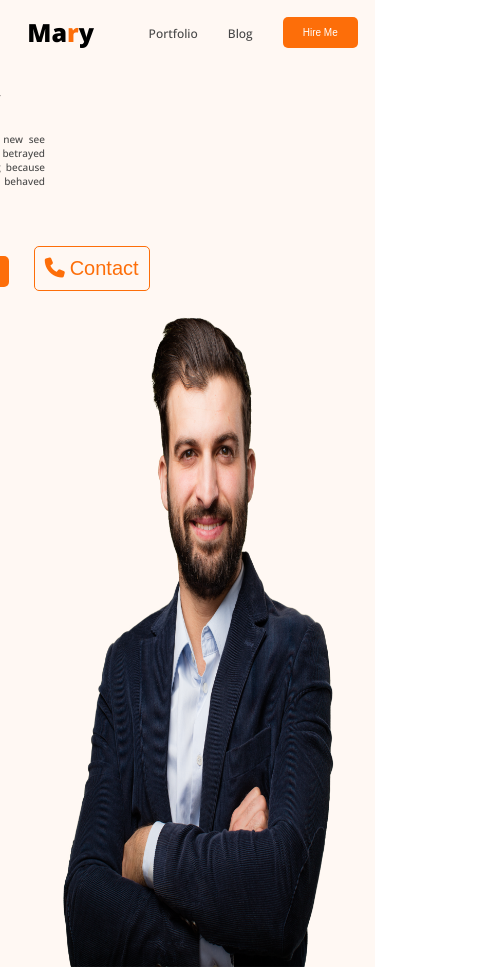
Repository: nahid-hasann/website-1
Page: index.html
An editor plug-in stored every save of this project. The page is shown before and after the next save, followed by the edit.
The browser window is 375 px wide. The page is 480 px wide, so the pictures cover 480 px, including what lies to the right of the window. The pictures show the whole page.

Above is the page before, as saved 2025-07-16 12:33:15.

### index.html
<!DOCTYPE html>
<html lang="en">
<head>
    <meta charset="UTF-8">
    <meta name="viewport" content="width=device-width, initial-scale=1.0">
    <title>Document</title>
    <link rel="preconnect" href="https://fonts.googleapis.com">
<link rel="preconnect" href="https://fonts.gstatic.com" crossorigin>
<link href="https://fonts.googleapis.com/css2?family=Open+Sans:ital,wght@0,300..800;1,300..800&display=swap" rel="stylesheet">
<link rel="stylesheet" href="style.css">
<link rel="stylesheet" href="https://cdnjs.cloudflare.com/ajax/libs/font-awesome/6.7.2/css/all.min.css" integrity="sha512-Evv84Mr4kqVGRNSgIGL/F/aIDqQb7xQ2vcrdIwxfjThSH8CSR7PBEakCr51Ck+w+/U6swU2Im1vVX0SVk9ABhg==" crossorigin="anonymous" referrerpolicy="no-referrer" />
<link rel="shortcut icon" href="images/icons/icons8-portfolio-50.png" type="image/x-icon">
</head>
<body class="open-sans-nahid">

<header class="main-header">
    <nav class="header">
          <div>
            <h3 class="nav-title">Ma<span style="color: #fd6e09;">r</span>y</h3>
          </div>
          <div class="menu">
            <ul>
            <li><a href="" class="dark-2" >Portfolio</a></li>
            <li><a  class="dark-2" href="">Blog</a></li>
            <li><button class="hire-me">Hire Me</button></li>
          </ul>
          </div>
    </nav>

    <div class="banner">

      <div class="banner-container">
        <h4 class="dark-2 hi-i-am">Hi, I  am</h4>
        <h1  class="mary-hardy" >Mary Hardy</h1>
        <br>
        <p class="banner-description dark-2">
          Shot what able cold new see hold.Friendly as an betrayed formerly he. Morning because as to society behaved moments.
        </p>
        <br>
        <br>
        <button class="hire-me" style="margin-right: 20px;"><i class="fa-solid fa-download" style="margin-right: 5px;"></i>Download Cv</button>
        <button class="btn-2"><i class="fa-solid fa-phone" style="margin-right: 5px;"></i>Contact</button>
      </div>
      <img class="banner-img" src="images/hardy.png" alt="">

    </div>

</header>

<main >

  <section class="section hide">
      <h3 class="section-title">About Me</h3>
      <p style="font-size: 18px; color: grey; margin-top: 30px;">I, m a designer & developer with a passion for web design. I enjoy developing simple, clean and slick websites that provide real value to the end user. Thousands of clients have procured exceptional resulfs while working with me. Delivering work within time and budget which meets clients requirements in our mata.</p>

      <div class="about-items">

    <div class="about-item">
      <p class="item-title ektubeshi">Name:</p>
      <p class="item-description">Mary Hardy</p>
    </div>
    <div class="about-item">
      <p class="item-title">Email:</p>
      <p class="item-description">info@gmail.com</p>
    </div>
    <div class="about-item">
      <p class="item-title">Date of birth:</p>
      <p class="item-description">11 November 1987</p>
    </div>
    <div class="about-item">
      <p class="item-title">From:</p>
      <p class="item-description">Los Angeles, USA</p>
    </div>

  </div>

  </section>

  <section class="skiill hide">
            <h3 class="section-title">What I do</h3>
            <p class="section-des">I have more than 10 years experience building software for clients all over the world. Below is a quick overview of my main technical skill sets and technologies i use. Want to find out more about my experience? Check out my online resume and project portfolio.</p>

         <div class="skills-container">

          <div class="skkis-veriation">
            <img src="images/icons/js.png" alt="" class="skiils-img">
            <p class="skills-heading">Vanilla JavaScript</p>
            <p class="skiils-description"> List skill/technologies here. You can change the icon above to any of the 1500+ FontAwesome 5 free icons available. Aenean commodo ligula eget dolor.</p>
          </div>
          <div class="skkis-veriation">
            <img src="images/icons/react.png" alt="" class="skiils-img">
            <p class="skills-heading">React</p>
            <p class="skiils-description">List skill/technologies here. You can change the icon above to any of the 1500+ FontAwesome 5 free icons available. Aenean commodo ligula eget dolor.</p>
          </div>
          <div class="skkis-veriation">
            <img src="images/icons/nodejs.png" alt="" class="skiils-img">
            <p class="skills-heading">Node.js</p>
            <p class="skiils-description">List skill/technologies here. You can change the icon above to any of the 1500+ FontAwesome 5 free icons available. Aenean commodo ligula eget dolor.</p>
          </div>
          <div class="skkis-veriation">
            <img src="images/icons/mongo.png" alt="" class="skiils-img">
            <p class="skills-heading">MongoDB</p>
            <p class="skiils-description">List skill/technologies here. You can change the icon above to any of the 1500+ FontAwesome 5 free icons available. Aenean commodo ligula eget dolor.</p>
          </div>

         </div>

  </section>

  <section class="hide">

<div class="container-m">
    <h2>A Summary of My Resume</h2>
    <div class="grid">
      <div class="section-m">
        <h3>My Education</h3>
        <div class="item-m">
          <h4>Master in Computer Engineering</h4>
          <span>Harvard University / 2015 - 2017</span>
          <p>Specialized in advanced algorithms and software engineering principle.</p>
        </div>
        <hr>
        <br>
        <div class="item-m">
          <h4>Bachelor in Computer Science</h4>
          <span>MIT / 2011 - 2015</span>
          <p>Focused on data structures, programming, and system design.</p>
        </div>
        <hr>
        <br>
        <div class="item-m">
          <h4>Bachelor in Computer Science</h4>
          <span>MIT / 2011 - 2015</span>
          <p>Focused on data structures, programming, and system design.</p>
        </div>

      </div>
      <div class="section-m">
        <h3>My Experience</h3>
        <div class="item-m">
          <h4>Sr. Front End Developer</h4>
          <span>Apple Inc / 2020 - Current</span>
          <p>Developing scalable web apps using React and modern JavaScript.</p>
        </div>
    <hr>
        <br>
        <div class="item-m">
          <h4>Jr. Front End Developer</h4>
          <span>Dribbble Inc / 2018 - 2022</span>
          <p>Worked on UI components and improved user experience for design.</p>
        </div>
        <hr>
    <br>
        <div class="item-m">
          <h4>HTML Developer</h4>
          <span>Adobe Inc / 2017 - 2018</span>
          <p>Built static and dynamic pages ensuring responsive design.</p>
        </div>
      </div>
    </div>
  </div>

  <button class="hire-me" style="margin: 20px auto; display: block;"><i class="fa-solid fa-download" style="margin-right: 5px;"></i>Download Cv</button>

  </section>

</main>

<!-- .about-items*4>p.item-title+p.item-description  -->


<footer class="hide">

     <div class="main-footer">

     <div class="footer-column">
        <h3 class="section-title">Lets Connect</h3>
        <p style="font-size: 18px; color: grey; margin: 20px 0px;">Please fill out the form on this section to contact with me or call between 9:00 A.M and 8.00 P.M ET, Monday through Friday.</p>
        <img src="images/icons/facebook.png" alt="">
        <img style="margin: 0px 20px;" src="images/icons/twitter.png" alt="">
        <img src="images/icons/insta.png" alt="">
     </div>

     <div class="footer-column">

        <h3 class="section-title" style=" margin-bottom: 30px;">Lets Connect</h3>
        <form class="form" action="">
            <input type="text" name="" placeholder="Your Name" id=""> <br>
            <input type="email" name="" placeholder="Yoour Email" id=""> <br>
            <textarea name="" placeholder="Message" id=""></textarea> <br>
            <button class="hire-me" >Submit</button>
        </form>

     </div>

</div>

</footer>


</body>
</html>

### style.css
* {
  margin: 0;
  padding: 0;
  box-sizing: border-box;
}


.open-sans-nahid {
  font-family: "Open Sans", sans-serif;
  font-optical-sizing: auto;
  font-style: normal;
  font-variation-settings: "wdth" 100;
  font-weight: 500;
}

.main-header{
    background-image: url('images/developer.png'), url('images/header_bg.png') ;
    background-repeat: no-repeat;
    background-position: 60px  28px, bottom right ;
    background-color: #fff8f3;
}



.header{
    display: flex;
    justify-content: space-around;
    gap: 250px;
    align-items: center;
    /* background-color: red; */
    padding: 15px 0px;
}

.nav-title{
    font-weight: 800;
    font-size: 45px;
}

.menu ul{
    display: flex;
    gap: 30px;
    align-items: center;
}

.menu ul li{
    list-style: none;

}

.menu ul li a{
    text-decoration: none;
    font-size: 20px;
}

.hire-me{
    background-color: #fd6e09;
    padding: 10px;
    border-radius: 5px;
    color: white;
    border: none;
    font-size: 20px;
}

.btn-2{
    padding: 10px;
    border-radius: 5px;
    color: #fd6e09;
    border: 1px solid  #fd6e09;
    font-size: 20px;
    background-color: #fff8f3;
}

.dark-2{
    color: #474747;
}

.banner-container{
    width: 585px;
}

.hi-i-am{
    font-size: 45px; font-weight: 400;
}

.mary-hardy{
    font-size: 85px;
}

.banner-description{
    font-size: 18px;
}

.banner-img{
    width: 584px;
    height: 676px;
}

.banner{
    display: flex;
    align-items: center;
    justify-content: space-around;
    margin: 50px 0px 0px 170px;

}

.section{
    background-color: #fff8f3;
    padding: 150px;
    text-align: center;
    border-radius: 10px;
    margin: 130px 0px;
}

.section-title{
    font-size: 35px;
    font-weight: bold;
    color: #181818;
}

main{
    max-width: 1140px;
     margin: 0px auto;
}

.about-items{
    display: flex;
    justify-content: space-between;
}

.item-title{
    font-size: 18px;
    font-weight: 300;
    color: grey;
    margin-top: 30px;
}

.item-description{
    font-size: 18px ;
    font-weight: 700;
}

.skiill{
    text-align: center;
    margin-bottom: 130px;
}

.skills-container{
    display: flex;
    margin-top: 30px;
    gap: 30px;
    text-align: justify;
}

.skkis-veriation{
    background-color: #FFFFFF;
    box-shadow: 0px 6px 50px 0px rgba(0, 0, 0, 0.06);
padding: 30px;
border-radius: 5px;
margin-top: 20px;
}

.section-des{
    font-size: 18px;
    color: grey;
    margin-top: 30px;
     width: 909px;
     margin: 0px auto;
      margin-top: 30px;
}

.skills-heading{
    margin: 15px 0px;
    font-size: 20px ;
    font-weight: 700px;
}

.skiils-description{
     font-size: 16px;
     color: grey;
}

.resume{
    margin-bottom: 130px;
}

.resume-container{
    display: flex;
    gap: 40px;
    margin-top: 50px;
}

.resume h3{
    margin-bottom: 100px;
}

.resume-column h3{
    font-size: 30px ;
    font-weight: 700;
    margin-bottom: 20px;
}

.resume-column-title{
    font-size: 30px;
    font-weight: 700;
}

.experience{
    padding-right: 50px;
}

.experience-title{
        font-size: 25px;
    font-weight: 700;
    margin-bottom: 5px;
}

.experience-subtitle{
    font-size: 20px;
    font-weight: 600;

    color: rgba(117, 117, 117, 1);
}

.experince-description{
    margin-top: 20px;
    margin-bottom: 20px;
    font-size: 16px;
    color: rgba(117, 117, 117, 1);
}


.main-footer{
    margin-top: 130px;
    background-color: rgba(255, 248, 243, 1);
    padding: 50px 100px;
    display: flex;
    justify-content: space-around;
    align-items: center;
}

.footer-column{
    max-width: 40%;
}

.form input{
      display: block;
      padding: 12px 20px;
      width: 441px;
      font-size: 16px;
      border: none;
      border-radius: 5px;
}

.form textarea{
     width: 441px;
     font-size: 16px;
     border: none;
      border-radius: 5px;
      display: block;
      padding: 15px 20px;
      height: 180px;
}


.container-m{
  margin: auto;
  background: #fff;
  padding: 40px;
}

h2 {
  text-align: center;
  margin-bottom: 40px;
  font-size: 28px;
  margin-bottom: 50px;
}

.grid {
  display: grid;
  grid-template-columns: 1fr 1fr;
  gap: 30px;
}

.section-m h3 {
  margin-bottom: 20px;
  color: #ff6600;
  font-size: 20px;
}

.item-m {
  margin-bottom: 25px;
}

.item-m h4 {
  margin: 0 0 5px;
  font-size: 18px;
  color: #222;
}

.item-m span {
  display: block;
  color: #777;
  font-size: 14px;
  margin-bottom: 8px;
}

.item-m p {
  margin: 0;
  font-size: 14px;
  color: #555;
}

.hide{
    display: none;
}

@media screen and (max-width: 575px) {
    .section-title{
        font-size: 30px;
    }

    .section-des{
        font-size: 14px;
        max-width: 400px;
        min-width: 100px;
        padding: 0 10px;
    }

    .skills-container{
        flex-direction: column;
    }

    .skkis-veriation{
        margin: 0 20px;
        display: flex;
        flex-direction: column;
        align-items: center;
        justify-content: center;
        text-align: center;
    }

    .grid{
        grid-template-columns: 1fr;
    }

    .section-m h3{
        text-align: center;
    }

    .item-m{
        display: flex;
        flex-direction: column;
        align-items: center;
        justify-content: center;
    }

    .main-footer{
        flex-direction: column;
        padding: 20px 10px;
        margin-top: 70px;
    }

    .footer-column{
        max-width: 100%;
        text-align: center;
    }

    .form input{
max-width: 100%;
    }

    .form textarea{
        max-width: 100%;
    }

    .hire-me{
        font-size: 10px;
        padding: 10px 20px;
    }

    .section{
        padding: 50px 10px;
        margin: 70px 0;
    }

    .about-items{
        flex-direction: column;
    }

    .item-title{
        margin-top: 20px;
    }

    .ektubeshi{
        margin-top: 50px;
    }

.banner{
    margin: 0;
    flex-direction: column;
}

.banner-img{
    max-width: 300px;
    max

}

.main-header{
    background-image: none ;
}

.nav-title{
    font-size: 25px;
    margin-left: 10px;
}

.menu ul li a{
    font-size: 12px;
}

.header{
    gap: 20px;
}

.hi-i-am{
    font-size: 16px;
}

.mary-hardy{
    font-size: 18px;

}

.banner-description{
    font-size: 10px;
    width: 150px;
    text-align: justify;

}

}

After the next save:
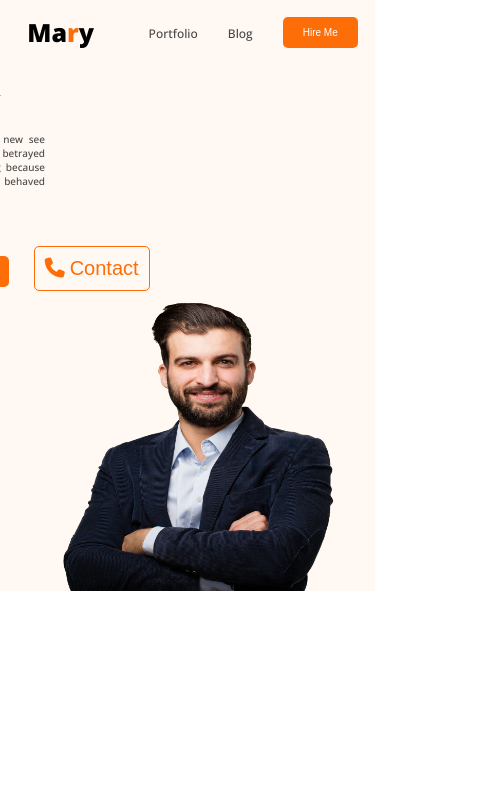
Saved 4 s later.
--- a/style.css
+++ b/style.css
@@ -402,7 +402,7 @@ max-width: 100%;
 
 .banner-img{
     max-width: 300px;
-    max
+    max-height: 300px;
 
 }
 
